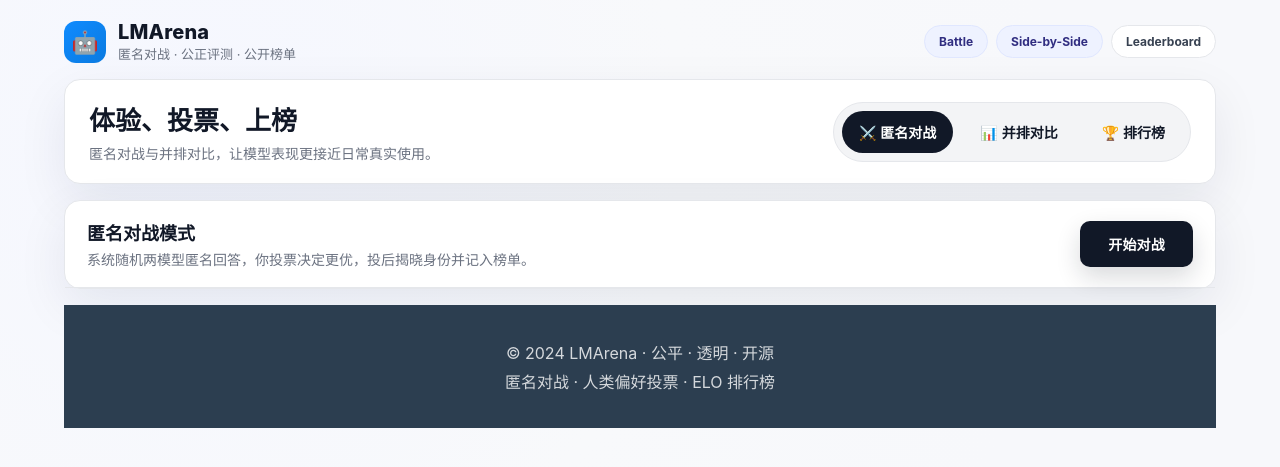
Repository: tabbycat7/EQ-of-The-LLMs
Page: templates/index.html
These files come from the project's save history. The page is drawn as it stood at one moment and after the next save; the edit follows.
The browser window is 1280 px wide. The pictures show the whole page.

Above is the page before, as saved 2025-12-15 21:18:43.

### templates/index.html
<!DOCTYPE html>
<html lang="zh-CN">
<head>
    <meta charset="UTF-8">
    <meta name="viewport" content="width=device-width, initial-scale=1.0">
    <title>LMArena - AI 模型对战评测平台</title>
    <link rel="stylesheet" href="/static/css/style.css">
</head>
<body>
    <div class="page">
        <header class="topbar">
            <div class="brand">
                <div class="brand-icon">🤖</div>
                <div>
                    <div class="brand-title">LMArena</div>
                    <div class="brand-subtitle">匿名对战 · 公正评测 · 公开榜单</div>
                </div>
            </div>
            <div class="top-actions">
                <span class="pill">Battle</span>
                <span class="pill">Side-by-Side</span>
                <span class="pill ghost">Leaderboard</span>
            </div>
        </header>

        <main class="container">
            <section class="hero">
                <div>
                    <h1>体验、投票、上榜</h1>
                    <p>匿名对战与并排对比，让模型表现更接近日常真实使用。</p>
                </div>
                <div class="mode-selector">
                    <button class="mode-btn active" data-mode="battle">⚔️ 匿名对战</button>
                    <button class="mode-btn" data-mode="sidebyside">📊 并排对比</button>
                    <button class="mode-btn" data-mode="leaderboard">🏆 排行榜</button>
                </div>
            </section>

            <!-- 匿名对战模式 -->
            <section id="battle-mode" class="mode-content active panel">
                <div class="panel-header">
                    <div>
                        <h2>匿名对战模式</h2>
                        <p>系统随机两模型匿名回答，你投票决定更优，投后揭晓身份并记入榜单。</p>
                    </div>
                    <div id="battle-start">
                        <button id="start-battle-btn" class="primary-btn">开始对战</button>
                    </div>
                </div>

                <div id="battle-chat" class="chat-section" style="display: none;">
                    <div class="responses-grid">
                        <div class="response-box">
                            <div class="response-header">模型 A</div>
                            <div id="response-a" class="response-content">
                                <div class="empty-state">等待回复...</div>
                            </div>
                        </div>
                        <div class="response-box">
                            <div class="response-header">模型 B</div>
                            <div id="response-b" class="response-content">
                                <div class="empty-state">等待回复...</div>
                            </div>
                        </div>
                    </div>

                    <div id="voting-section" class="voting-section" style="display: none;">
                        <h3>选择更好的回答：</h3>
                        <div class="vote-buttons">
                            <button class="vote-btn" data-winner="model_a">👈 模型 A 更好</button>
                            <button class="vote-btn" data-winner="tie">🤝 两者相当</button>
                            <button class="vote-btn" data-winner="model_b">👉 模型 B 更好</button>
                        </div>
                    </div>

                    <div id="reveal-section" class="reveal-section" style="display: none;">
                        <div class="reveal-info">
                            <h3>✨ 模型揭晓</h3>
                            <div class="reveal-grid">
                                <div class="reveal-item">
                                    <span class="reveal-label">模型 A:</span>
                                    <span id="reveal-model-a" class="reveal-value"></span>
                                </div>
                                <div class="reveal-item">
                                    <span class="reveal-label">模型 B:</span>
                                    <span id="reveal-model-b" class="reveal-value"></span>
                                </div>
                            </div>
                            <button id="new-battle-btn" class="primary-btn ghost">开始新对战</button>
                        </div>
                    </div>

                    <div class="input-section">
                        <textarea id="battle-input" placeholder="输入你的问题..." rows="3"></textarea>
                        <button id="battle-send-btn" class="send-btn">发送</button>
                    </div>
                </div>
            </section>

            <!-- 并排对比模式 -->
            <section id="sidebyside-mode" class="mode-content panel">
                <div class="panel-header">
                    <div>
                        <h2>并排对比模式</h2>
                        <p>选择两个模型并排作答，为更好的答案投票，数据同样计入排行榜。</p>
                    </div>
                </div>

                <div class="panel-body">
                    <div class="model-selection">
                        <div class="model-select-group">
                            <label>模型 A:</label>
                            <select id="sidebyside-model-a" class="model-select"></select>
                        </div>
                        <div class="model-select-group">
                            <label>模型 B:</label>
                            <select id="sidebyside-model-b" class="model-select"></select>
                        </div>
                    </div>

                    <div class="responses-grid">
                        <div class="response-box">
                            <div class="response-header" id="sidebyside-header-a">模型 A</div>
                            <div id="sidebyside-response-a" class="response-content">
                                <div class="empty-state">等待回复...</div>
                            </div>
                        </div>
                        <div class="response-box">
                            <div class="response-header" id="sidebyside-header-b">模型 B</div>
                            <div id="sidebyside-response-b" class="response-content">
                                <div class="empty-state">等待回复...</div>
                            </div>
                        </div>
                    </div>

                    <div id="sidebyside-voting" class="voting-section" style="display: none;">
                        <h3>选择更好的回答：</h3>
                        <div class="vote-buttons">
                            <button class="vote-btn" data-winner="model_a">👈 模型 A 更好</button>
                            <button class="vote-btn" data-winner="tie">🤝 两者相当</button>
                            <button class="vote-btn" data-winner="model_b">👉 模型 B 更好</button>
                        </div>
                    </div>

                    <div class="input-section">
                        <textarea id="sidebyside-input" placeholder="输入你的问题..." rows="3"></textarea>
                        <button id="sidebyside-send-btn" class="send-btn">发送</button>
                    </div>
                </div>
            </section>

            <!-- 排行榜模式 -->
            <section id="leaderboard-mode" class="mode-content panel">
                <div class="panel-header">
                    <div>
                        <h2>模型排行榜</h2>
                        <p>基于匿名对战与对比投票的 ELO 评分，实时公开透明。</p>
                    </div>
                    <button id="refresh-leaderboard-btn" class="secondary-btn">🔄 刷新排行榜</button>
                </div>
                <div class="panel-body">
                    <div id="leaderboard-content" class="leaderboard-table">
                        <div class="loading">加载中...</div>
                    </div>
                </div>
            </section>
        </main>

        <footer class="footer">
            <p>© 2024 LMArena · 公平 · 透明 · 开源</p>
            <p>匿名对战 · 人类偏好投票 · ELO 排行榜</p>
        </footer>
    </div>

    <script src="/static/js/app.js"></script>
</body>
</html>

### static/css/style.css
/* 全局样式 */
:root {
    --bg: #f7f8fb;
    --panel: #ffffff;
    --text: #111827;
    --muted: #6b7280;
    --border: #e5e7eb;
    --primary: #0f8bff;
    --primary-2: #0a7ae0;
    --pill: #eef2ff;
    --shadow: 0 18px 50px rgba(15, 30, 60, 0.08);
}

* {
    margin: 0;
    padding: 0;
    box-sizing: border-box;
}

body {
    font-family: -apple-system, BlinkMacSystemFont, "Segoe UI", Roboto, "Helvetica Neue", Arial, sans-serif;
    background: radial-gradient(circle at 15% 20%, #f5f7ff 0%, #f8f9fb 40%, #f7f8fb 70%, #f7f8fb 100%);
    min-height: 100vh;
    color: var(--text);
}

.page {
    max-width: 1200px;
    margin: 0 auto;
    padding: 20px 24px 48px;
}

.container {
    width: 100%;
    margin: 0 auto;
}

/* 头部样式 */
.topbar {
    display: flex;
    align-items: center;
    justify-content: space-between;
    margin-bottom: 16px;
}

.brand {
    display: flex;
    align-items: center;
    gap: 12px;
}

.brand-icon {
    width: 42px;
    height: 42px;
    border-radius: 12px;
    background: linear-gradient(135deg, #0f8bff 0%, #0a7ae0 100%);
    display: flex;
    align-items: center;
    justify-content: center;
    font-size: 22px;
    color: #fff;
}

.brand-title {
    font-size: 20px;
    font-weight: 800;
    letter-spacing: 0.2px;
}

.brand-subtitle {
    font-size: 13px;
    color: var(--muted);
}

.top-actions {
    display: flex;
    gap: 8px;
    align-items: center;
}

.pill {
    padding: 8px 14px;
    border-radius: 999px;
    background: var(--pill);
    color: #312e81;
    font-weight: 700;
    font-size: 12px;
    border: 1px solid #e0e7ff;
}

.pill.ghost {
    background: #fff;
    color: #374151;
    border-color: var(--border);
}

.hero {
    background: var(--panel);
    border: 1px solid var(--border);
    border-radius: 16px;
    padding: 20px 24px;
    box-shadow: var(--shadow);
    display: flex;
    justify-content: space-between;
    align-items: center;
    margin-bottom: 16px;
}

.hero h1 {
    font-size: 26px;
    margin-bottom: 6px;
}

.hero p {
    color: var(--muted);
    font-size: 14px;
}

/* 模式选择器 */
.mode-selector {
    display: inline-flex;
    gap: 10px;
    flex-wrap: wrap;
    background: #f3f4f6;
    padding: 8px;
    border-radius: 999px;
    border: 1px solid #e5e7eb;
}

.mode-btn {
    padding: 10px 16px;
    border: 1px solid transparent;
    background: transparent;
    border-radius: 999px;
    cursor: pointer;
    font-size: 14px;
    font-weight: 700;
    transition: all 0.2s ease;
    color: #111827;
}

.mode-btn:hover {
    background: #e5e7eb;
}

.mode-btn.active {
    background: #111827;
    color: #fff;
}

/* 内容区域 */
.mode-content {
    display: none;
}

.mode-content.active {
    display: block;
}

/* 按钮样式 */
.primary-btn {
    background: #111827;
    color: #fff;
    border: none;
    padding: 13px 28px;
    font-size: 14px;
    border-radius: 10px;
    cursor: pointer;
    font-weight: 750;
    letter-spacing: 0.2px;
    transition: all 0.2s ease;
    box-shadow: 0 10px 24px rgba(17, 24, 39, 0.16);
}

.primary-btn:hover {
    background: #0f172a;
    transform: translateY(-1px);
}

.primary-btn.ghost {
    background: #fff;
    color: #111827;
    border: 1px solid #e5e7eb;
    box-shadow: none;
}

.secondary-btn {
    background: #fff;
    color: #111827;
    border: 1px solid #e5e7eb;
    padding: 11px 18px;
    font-size: 13px;
    border-radius: 10px;
    cursor: pointer;
    font-weight: 700;
    transition: all 0.2s ease;
}

.secondary-btn:hover {
    background: #f3f4f6;
}

/* 开始区域 */
/* 卡片与分区 */
.panel {
    background: var(--panel);
    border: 1px solid var(--border);
    border-radius: 16px;
    box-shadow: var(--shadow);
    margin-bottom: 16px;
}

.panel-header {
    padding: 18px 22px;
    border-bottom: 1px solid var(--border);
    display: flex;
    justify-content: space-between;
    align-items: center;
    gap: 12px;
}

.panel-header h2 {
    font-size: 18px;
    margin-bottom: 4px;
}

.panel-header p {
    color: var(--muted);
    font-size: 14px;
}

.panel-body {
    padding: 20px 22px 22px;
}

.start-section {
    text-align: center;
}

/* 聊天容器 */
.chat-container {
    max-width: 1200px;
    margin: 0 auto;
}

.responses-grid {
    display: grid;
    grid-template-columns: 1fr 1fr;
    gap: 20px;
    margin-bottom: 16px;
}

.single-response {
    margin-bottom: 20px;
}

.response-box {
    background: #fff;
    border-radius: 14px;
    overflow: hidden;
    box-shadow: 0 10px 30px rgba(31, 42, 68, 0.08);
    border: 1px solid #e6e9f5;
}

.response-box.full-width {
    width: 100%;
}

.response-header {
    background: #111827;
    color: white;
    padding: 12px;
    font-weight: 700;
    font-size: 14px;
    text-align: center;
}

.response-content {
    padding: 18px;
    min-height: 180px;
    max-height: 380px;
    overflow-y: auto;
    line-height: 1.65;
    white-space: pre-wrap;
    color: #25304f;
}

.empty-state {
    color: #9aa4bf;
    text-align: center;
    padding: 52px 18px;
    font-style: italic;
}

.loading {
    text-align: center;
    padding: 32px;
    color: #4b5dd8;
    font-size: 1.08em;
}

/* 投票区域 */
.voting-section {
    text-align: center;
    padding: 18px;
    background: #f8fafc;
    border-radius: 12px;
    margin-bottom: 14px;
    border: 1px solid #e5e7eb;
}

.voting-section h3 {
    margin-bottom: 12px;
    color: #111827;
    font-size: 14px;
}

.vote-buttons {
    display: flex;
    justify-content: center;
    gap: 15px;
    flex-wrap: wrap;
}

.vote-btn {
    padding: 11px 18px;
    border: 1px solid #e5e7eb;
    background: #fff;
    border-radius: 10px;
    cursor: pointer;
    font-size: 13px;
    font-weight: 700;
    transition: all 0.2s ease;
    color: #111827;
}

.vote-btn:hover {
    background: #f3f4f6;
}

/* 揭示区域 */
.reveal-section {
    text-align: center;
    padding: 18px;
    background: #f8fafc;
    border-radius: 12px;
    margin-bottom: 14px;
    border: 1px solid #e5e7eb;
}

.reveal-info h3 {
    margin-bottom: 12px;
    color: #111827;
    font-size: 14px;
}

.reveal-grid {
    display: grid;
    grid-template-columns: 1fr 1fr;
    gap: 20px;
    margin-bottom: 20px;
    max-width: 600px;
    margin-left: auto;
    margin-right: auto;
}

.reveal-item {
    background: white;
    padding: 15px;
    border-radius: 10px;
    box-shadow: 0 2px 8px rgba(0, 0, 0, 0.1);
}

.reveal-label {
    font-weight: 600;
    color: #666;
    display: block;
    margin-bottom: 5px;
}

.reveal-value {
    font-size: 1.2em;
    color: #667eea;
    font-weight: 700;
}

/* 输入区域 */
.input-section {
    display: flex;
    gap: 10px;
    align-items: flex-end;
}

.input-section textarea {
    flex: 1;
    padding: 12px 14px;
    border: 1px solid #e5e7eb;
    border-radius: 12px;
    font-size: 14px;
    font-family: inherit;
    resize: vertical;
    transition: all 0.25s ease;
    background: #fff;
}

.input-section textarea:focus {
    outline: none;
    border-color: #111827;
    box-shadow: 0 0 0 3px rgba(17, 24, 39, 0.08);
}

.send-btn {
    background: #111827;
    color: white;
    border: none;
    padding: 12px 18px;
    border-radius: 12px;
    cursor: pointer;
    font-size: 14px;
    font-weight: 750;
    transition: all 0.25s ease;
    box-shadow: 0 10px 24px rgba(17, 24, 39, 0.18);
}

.send-btn:hover {
    transform: translateY(-1px);
    background: #0f172a;
}

.send-btn:disabled {
    opacity: 0.5;
    cursor: not-allowed;
}

/* 模型选择 */
.model-selection {
    display: flex;
    justify-content: center;
    gap: 20px;
    margin-bottom: 24px;
    flex-wrap: wrap;
}

.model-select-group {
    display: flex;
    flex-direction: column;
    gap: 8px;
}

.model-select-group label {
    font-weight: 650;
    color: #4250a5;
}

.model-select {
    padding: 11px 12px;
    border: 1px solid #e5e7eb;
    border-radius: 10px;
    font-size: 14px;
    background: #fff;
    cursor: pointer;
    min-width: 200px;
}

.model-select:focus {
    outline: none;
    border-color: #111827;
    box-shadow: 0 0 0 3px rgba(17, 24, 39, 0.08);
}

/* 排行榜 */
.leaderboard-container {
    max-width: 1000px;
    margin: 0 auto;
}

.leaderboard-table {
    background: #fff;
    border-radius: 14px;
    overflow: hidden;
    box-shadow: 0 10px 28px rgba(31, 42, 68, 0.08);
    border: 1px solid #e6e9f5;
}

.leaderboard-row {
    display: grid;
    grid-template-columns: 80px 1fr 120px 120px 120px 120px;
    gap: 15px;
    padding: 16px 18px;
    border-bottom: 1px solid #f1f3f8;
    align-items: center;
}

.leaderboard-row.header {
    background: #f3f4f6;
    color: #111827;
    font-weight: 750;
}

.leaderboard-row:hover:not(.header) {
    background: #f8fafc;
}

.rank {
    font-size: 1.35em;
    font-weight: 750;
    color: #111827;
    text-align: center;
}

.model-name {
    font-weight: 700;
    color: #273455;
}

.stat {
    text-align: center;
    color: #4b5574;
}

.rating {
    font-size: 1.12em;
    font-weight: 750;
    color: #111827;
}

/* 页脚 */
.footer {
    background: #2c3e50;
    color: white;
    text-align: center;
    padding: 30px;
}

.footer p {
    margin: 5px 0;
    opacity: 0.8;
}

/* 响应式设计 */
@media (max-width: 768px) {
    .responses-grid {
        grid-template-columns: 1fr;
    }

    .reveal-grid {
        grid-template-columns: 1fr;
    }

    .leaderboard-row {
        grid-template-columns: 60px 1fr 80px 80px;
        gap: 10px;
        padding: 15px;
        font-size: 0.9em;
    }

    .leaderboard-row .stat:nth-child(5),
    .leaderboard-row .stat:nth-child(6) {
        display: none;
    }

    .mode-selector {
        gap: 5px;
    }

    .mode-btn {
        padding: 10px 15px;
        font-size: 0.9em;
    }

    .logo {
        font-size: 2em;
    }
}

Loaded but not shown: static/js/app.js (no copy from this time; the picture is the same without it)

After the next save:
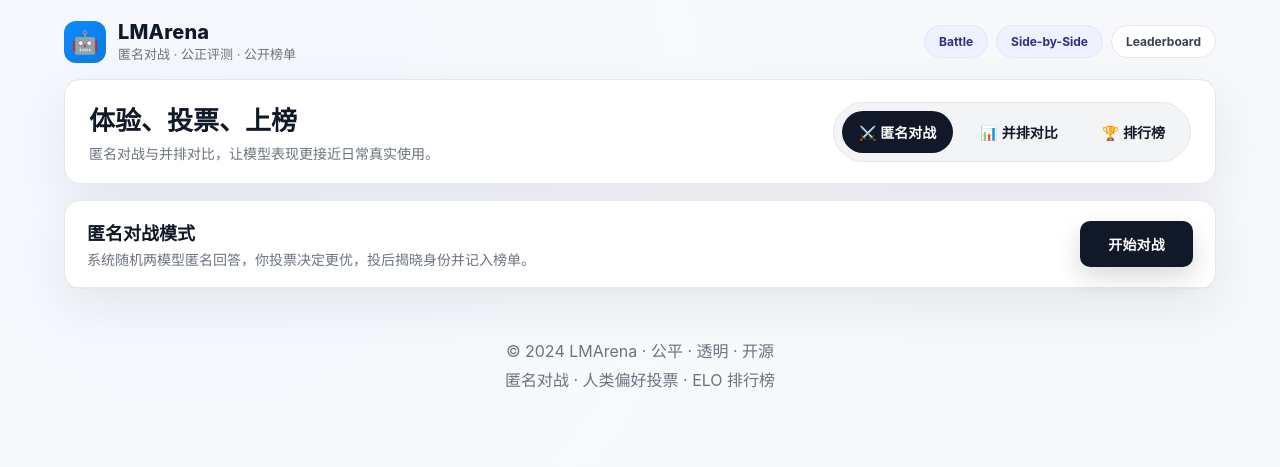
Saved 7 s later.
--- a/static/css/style.css
+++ b/static/css/style.css
@@ -526,15 +526,14 @@
 
 /* 页脚 */
 .footer {
-    background: #2c3e50;
-    color: white;
-    text-align: center;
-    padding: 30px;
+    margin-top: 24px;
+    color: #6b7280;
+    text-align: center;
+    padding: 20px 0;
 }
 
 .footer p {
     margin: 5px 0;
-    opacity: 0.8;
 }
 
 /* 响应式设计 */
